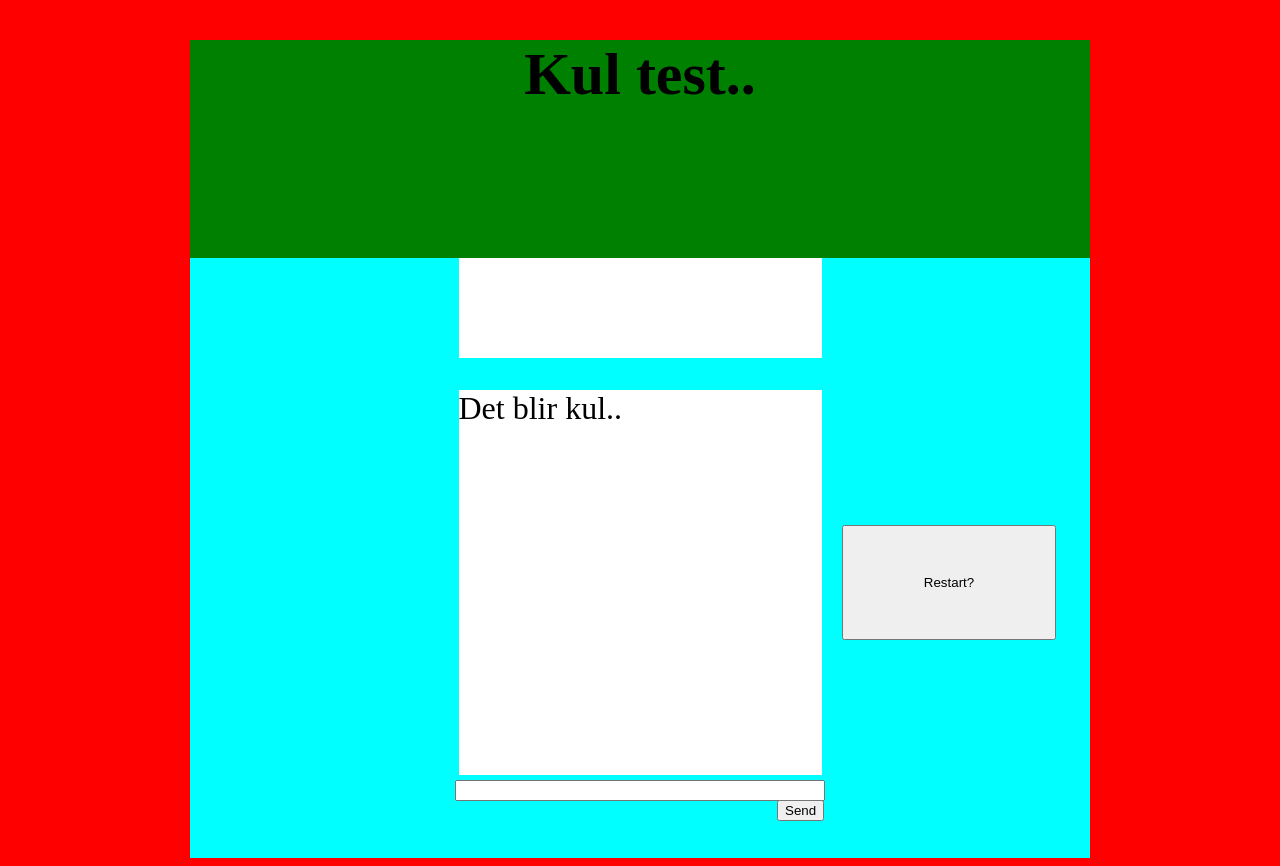
Repository: al223jw/1dv403-laborationer
Page: 4-thequiz/index.html
The author's editor kept a record of every edit. The page is drawn from the files as they stood at one moment, then again after the next edit.
The browser window is 1280 px wide. The pictures show the whole page.
The page's requests for data from a server got no answer.

Above is the page before.

After the next edit:
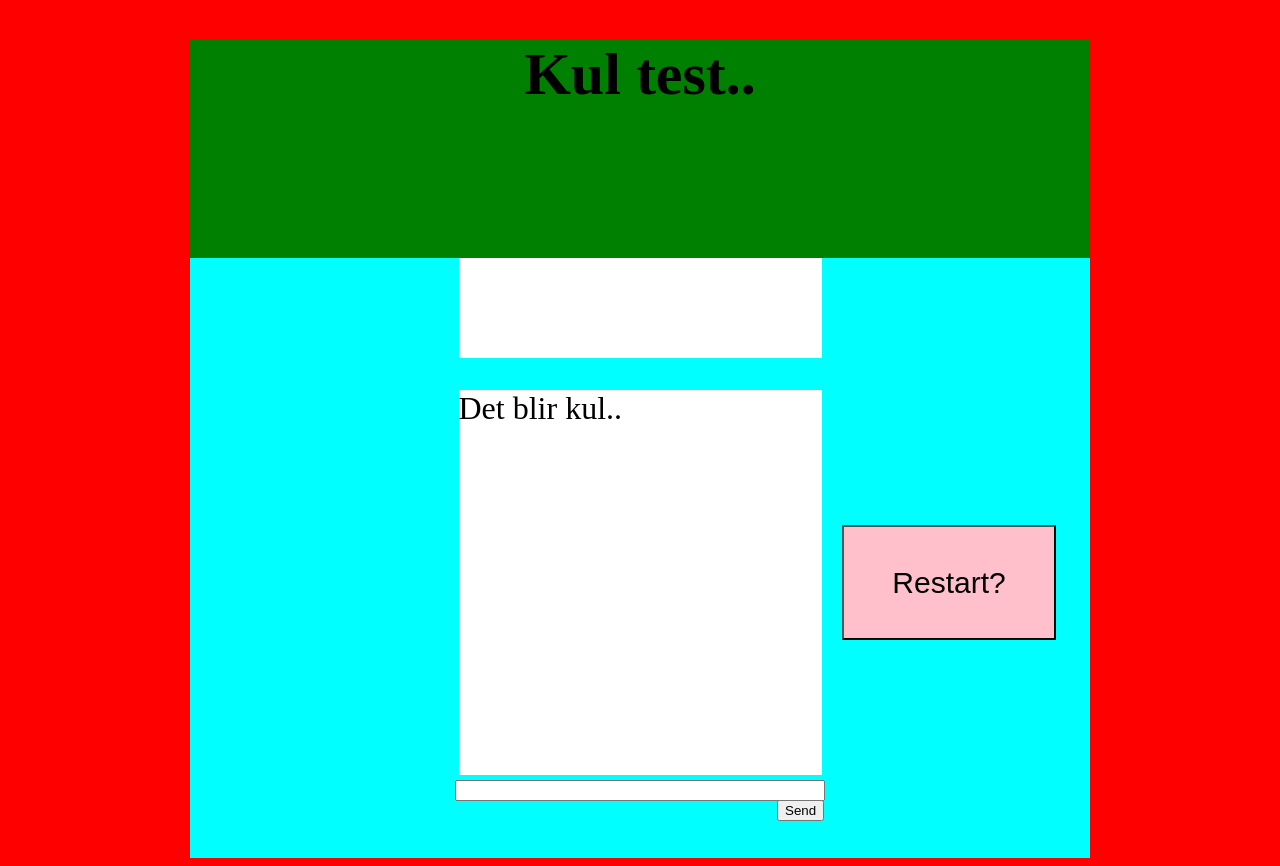
The edit:
--- a/4-thequiz/css/css.css
+++ b/4-thequiz/css/css.css
@@ -44,8 +44,10 @@
 }
 .restart
 {
-width: 214px;
-height: 115px;
+    background-color: pink;
+    font-size: 30px;
+    width: 214px;
+    height: 115px;
 }
 
 #section1
